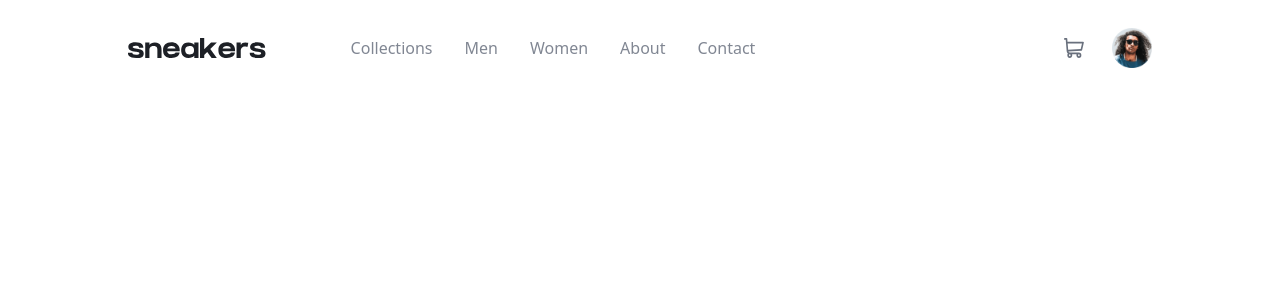
Repository: Sef24/product-design-sneakers
Page: /
An editor plug-in stored every save of this project. The page is shown before and after the next save, followed by the edit.
The browser window is 1280 px wide. The pictures show the whole page.
The project was rebuilt for these pictures with package versions that can differ from the ones it lists, and the page was loaded fresh each time.

Above is the page before, as saved 2022-06-11 21:27:37.

After the next save:
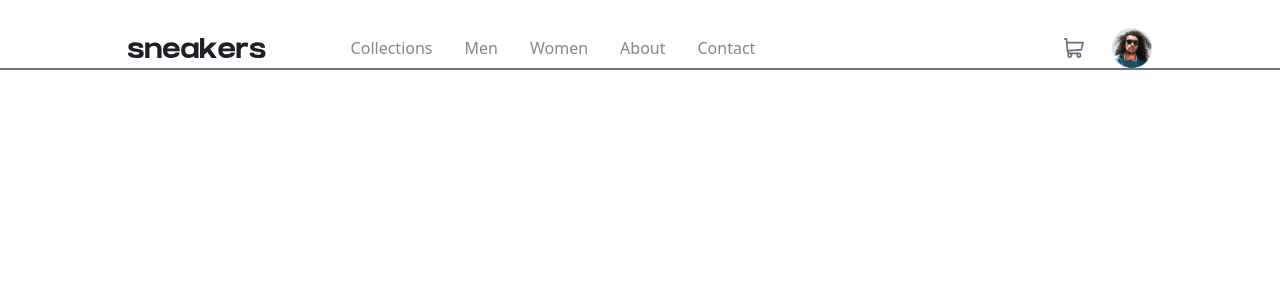
Saved 25 s later.
--- a/src/components/Nav.js
+++ b/src/components/Nav.js
@@ -5,8 +5,8 @@
 
 function Nav() {
   return (
-    <main className="bottom-b-2 border-gray-500">
-      <section className="flex items-center justify-between mx-32 pt-7 bottom-b-2 border-gray-500">
+    <main className=" border-b-2 border-gray-500">
+      <section className="flex items-center justify-between mx-32 pt-7 ">
         <div>
           <img src={logo} alt="" className="h-5" />
         </div>
